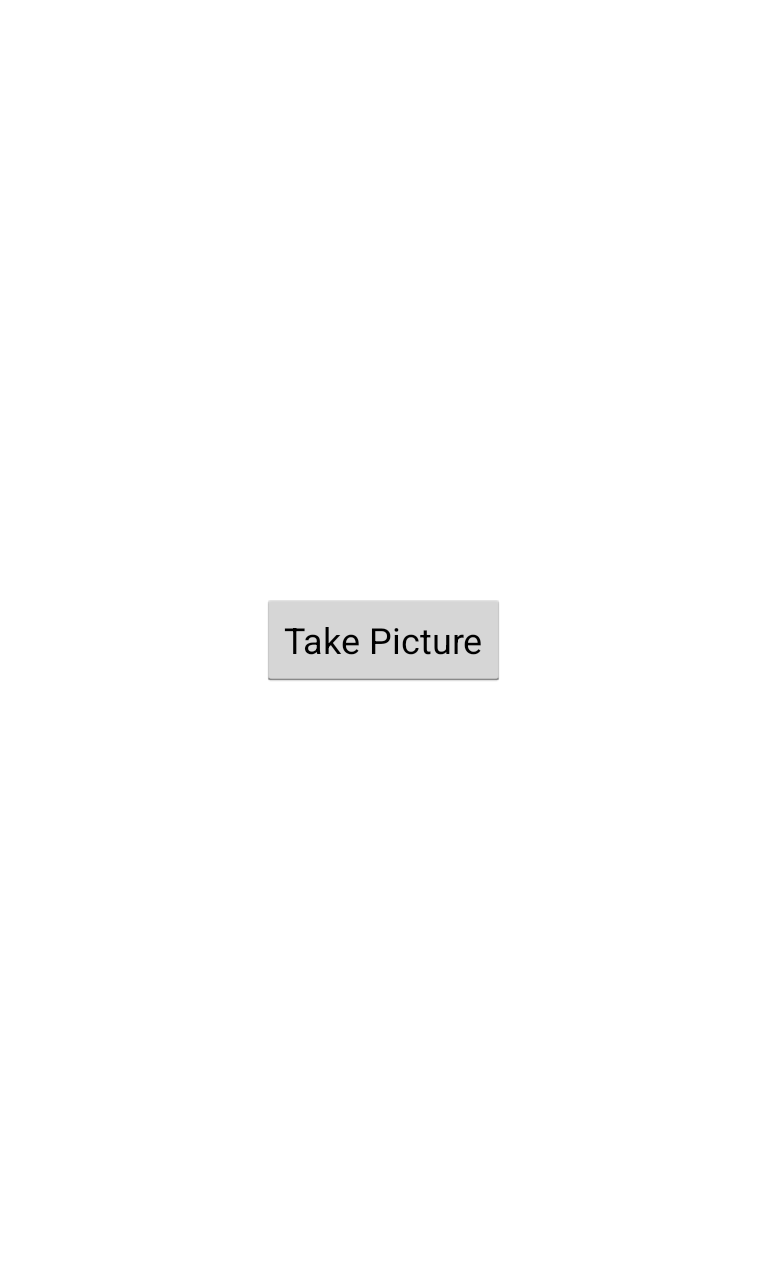
Repository: jemcphe/MDF3
Layout: Week2 Project/Pictcha/res/layout/activity_main.xml
The author's editor kept a copy of each file at every save. The layout is drawn from the files as they stood at one save, then again after the next save.
It is drawn on a 768 x 1280 px phone screen (xhdpi) without system bars, with theme AppTheme; the app's code is not run.

Above is the layout before, as saved 2013-07-18 00:05:54.

After the next save:
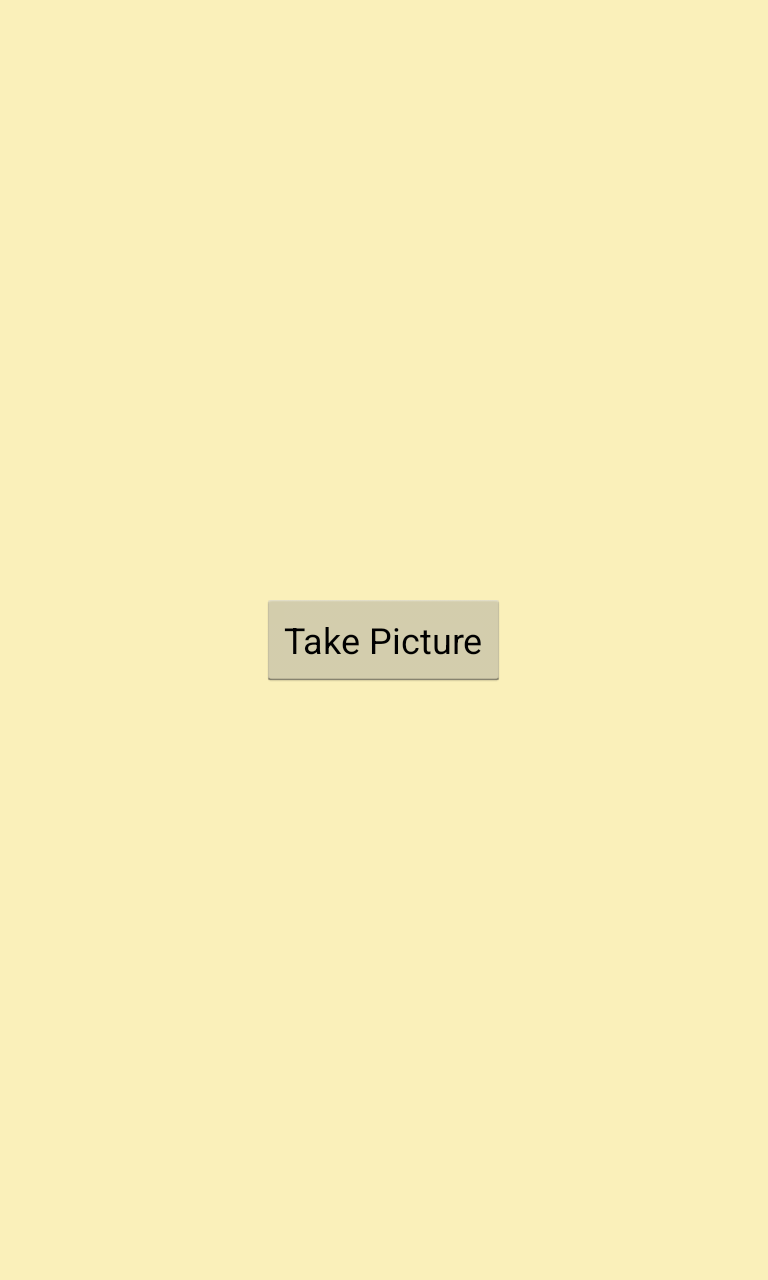
Saved 2 min 40 s later.
--- a/Week2 Project/Pictcha/res/layout/activity_main.xml
+++ b/Week2 Project/Pictcha/res/layout/activity_main.xml
@@ -6,7 +6,8 @@
     android:paddingLeft="@dimen/activity_horizontal_margin"
     android:paddingRight="@dimen/activity_horizontal_margin"
     android:paddingTop="@dimen/activity_vertical_margin"
-    tools:context=".MainActivity" >
+    tools:context=".MainActivity"
+    android:background="#faf0ba" >
 
     <Button
         android:id="@+id/button1"
